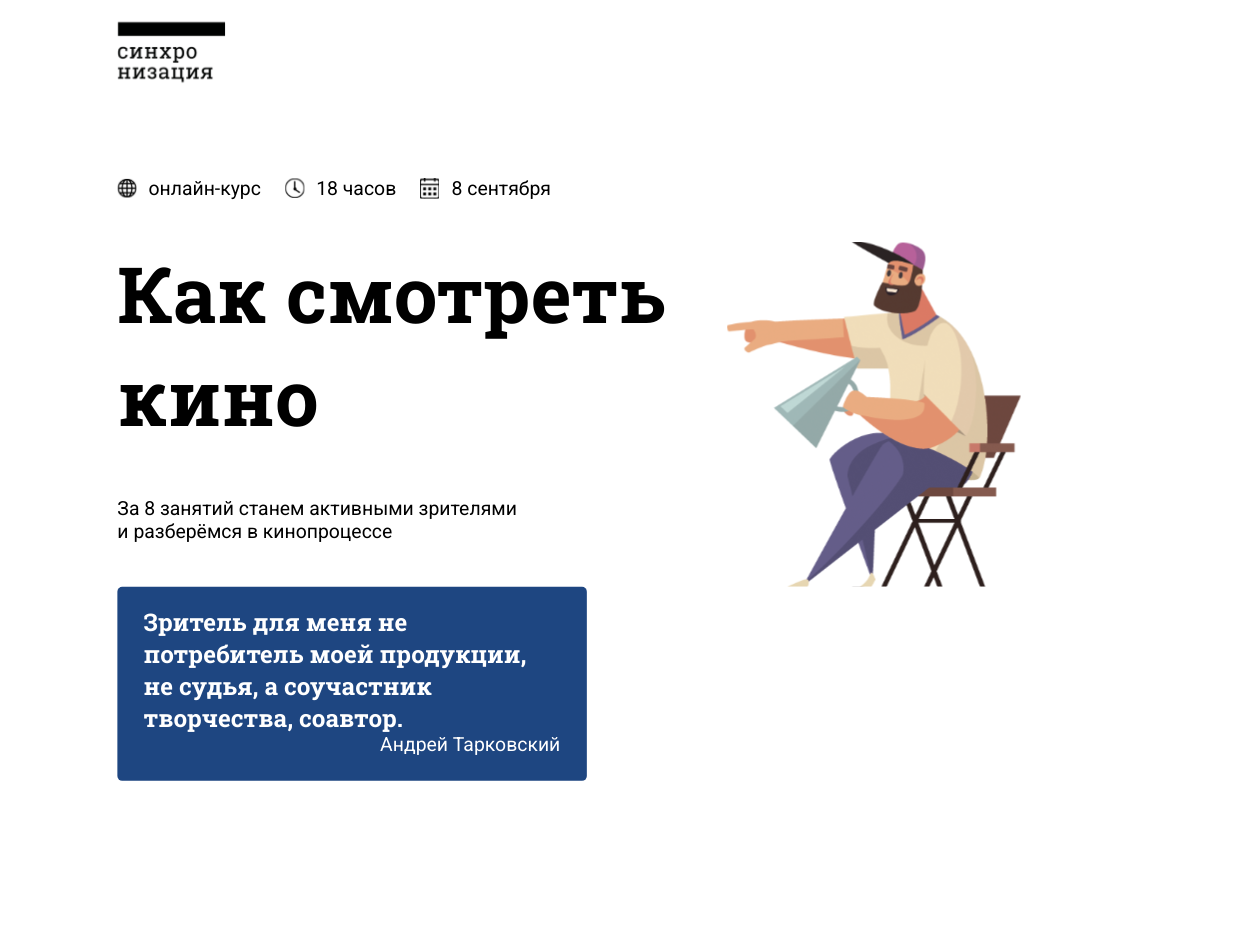
Repository: kubrazamanova/project1
Page: index.html
These files come from the project's save history. The page is drawn as it stood at one moment and after a run of saves; the edit follows.
The browser window is 1280 px wide. The pictures show the whole page, at 97% of full size.

Above is the page before, as saved 2023-09-09 13:07:53.

After the next 2 saves:
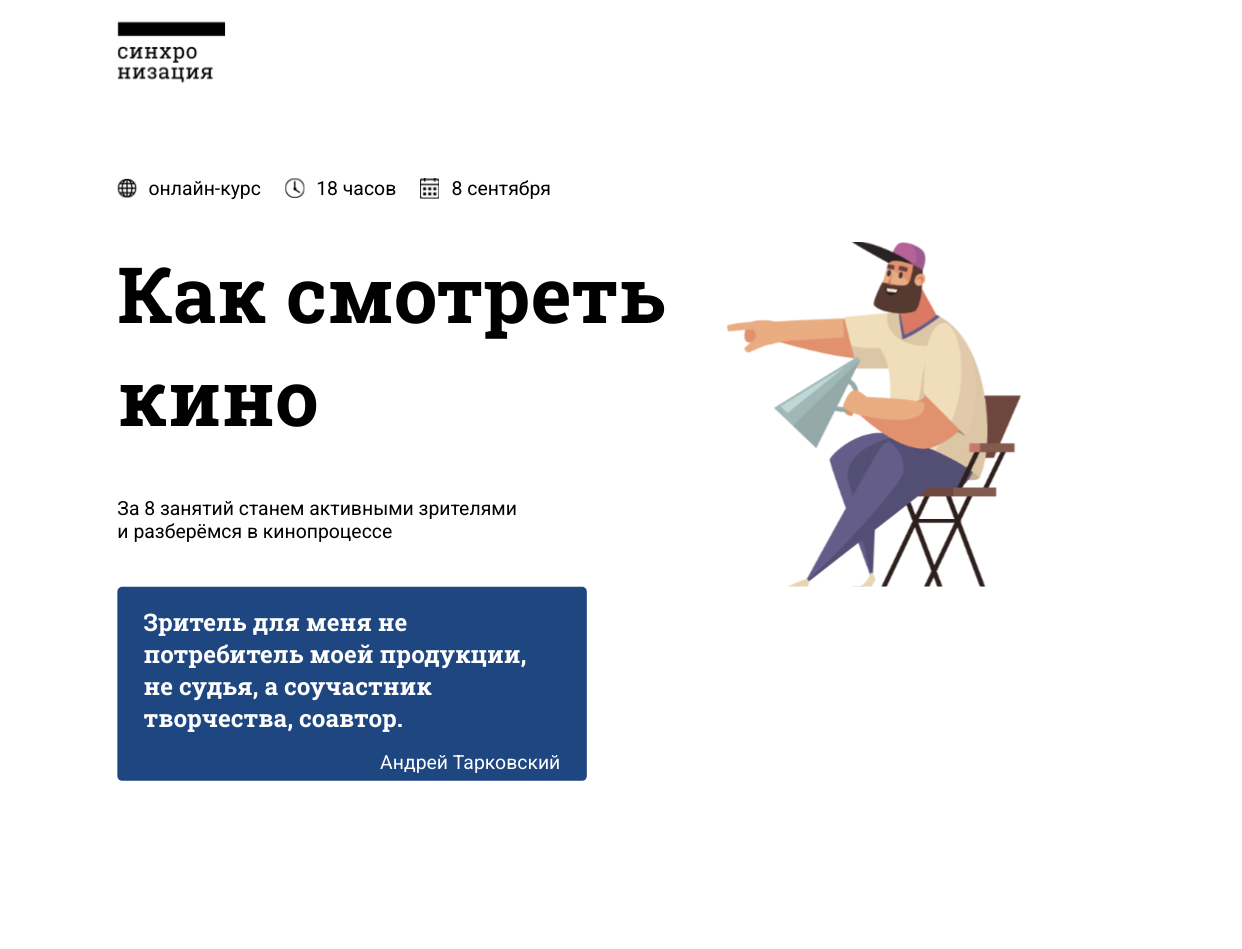
The 2 saves are shown as one change because they came seconds apart.
The last was saved 16 s later.
--- a/index.css
+++ b/index.css
@@ -70,8 +70,6 @@
 }
 
 .container .card-box h1 {
-  width: 430.589px;
-  height: 113px;
   color: #fff;
   font-family: Roboto Slab;
   font-size: 25px;
